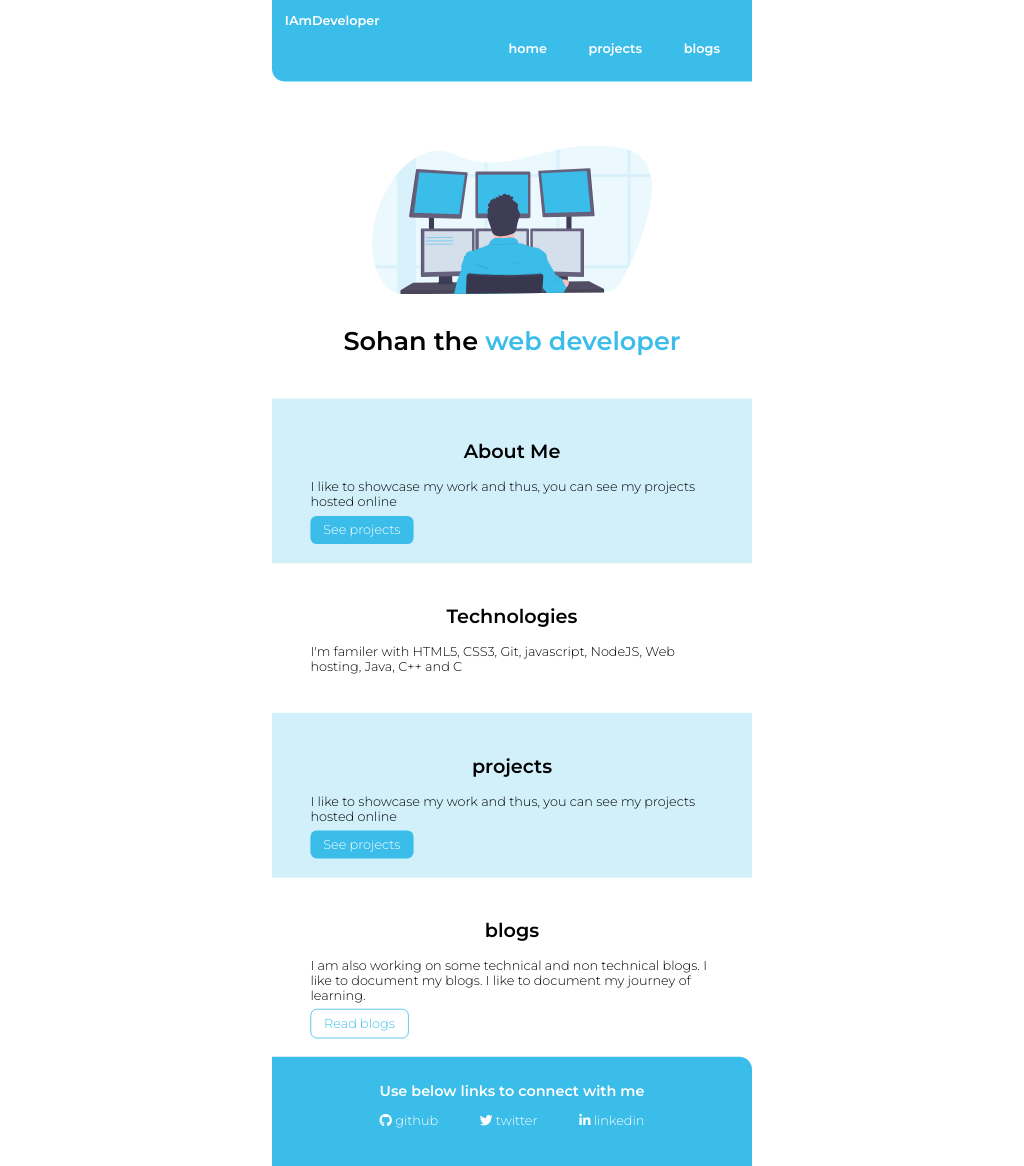
Repository: sohan2503001/Portfolio
Page: index.html
An editor plug-in stored every save of this project. The page is shown before and after a run of saves, followed by the edit.
The browser window is 1280 px wide. The pictures show the whole page, at 80% of full size.

Above is the page before, as saved 2021-04-06 20:19:10.

### index.html
<!DOCTYPE html>
<html lang="en">

<head>
  <meta charset="UTF-8" />
  <meta name="viewport" content="width=device-width, initial-scale=1.0" />
  <title>home | Sohan Jambhule</title>
  <link rel="stylesheet" href="style.css" />
  <link rel="stylesheet" href="https://cdnjs.cloudflare.com/ajax/libs/font-awesome/5.15.1/css/all.min.css">
  <link rel="icon" href="images/favicon.svg" sizes="any" type="image/svg+xml">

</head>

<body>

  <nav class="navigation container">
    <div class="nav-brand">IAmDeveloper</div>
    <ul class="list-non-bullet nav-pills">
      <li class="list-item-inline">
        <a class="link link-active" href="/">home</a>
      </li>
      <li class="list-item-inline">
        <a class="link link-active" href="projects.html">projects</a>
      </li>
      <li class="list-item-inline">
        <a class="link link-active" href="blogs.html">blogs</a>
      </li>
    </ul>
  </nav>

  <header class="hero">
    <img class="hero-img" src="images/hero.svg" alt="" />
    <h1 class="hero-heading">
      Sohan the <span class="heading-inverted"> web developer</span>
    </h1>
  </header>

  <section class="section ow">
    <div class="container container-center">
      <h1>About Me</h1>
      <p>
        I like to showcase my work and thus, you can see my projects hosted
        online
      </p>
      <a class="link link-primary" href="projects.html">See projects</a>
    </div>
  </section>

  <section class="section">
    <div class="container container-center">
      <h1>Technologies</h1>
      <p>
        I'm familer with HTML5, CSS3, Git, javascript, NodeJS, Web hosting,
        Java, C++ and C
      </p>
    </div>
  </section>

  <section class="section ow">
    <div class="container container-center">
      <h1>projects</h1>
      <p>
        I like to showcase my work and thus, you can see my projects hosted
        online
      </p>
      <a class="link link-primary" href="projects.html">See projects</a>
    </div>
  </section>

  <section class="section ">
    <div class="container container-center">
      <h1>blogs</h1>
      <p>
        I am also working on some technical and non technical blogs. I like to
        document my blogs. I like to document my journey of learning.
      </p>
      <a class="link link-secondary" href="blogs.html">Read blogs</a>
    </div>
  </section>

  <footer class="footer">
    <div class="footer-header">Use below links to connect with me</div>
    <ul class="social-links list-non-bullet">
      <li class="list-item-inline">
        <a class="link" href="https://github.com/sohan2503001" target="_blank"><i class="fab fa-github" aria-hidden="true"></i>
          github
        </a>
      </li>
      <li class="list-item-inline">
        <a class="link" href="https://twitter.com/JambhuleSohan" target="_blank"><i class="fab fa-twitter"></i>
          twitter
        </a>
      </li>
      <li class="list-item-inline">
        <a class="link" href="https://www.linkedin.com/in/sohan-jambhule-144528198/" target="_blank"><i class="fab fa-linkedin-in"></i>
          linkedin
        </a>
      </li>

    </ul>
  </footer>

</body>

</html>

### style.css
@import url('https://fonts.googleapis.com/css2?family=Montserrat:wght@300;600&display=swap');

:root{
    --primary-color: #3BBDEA;
    --dark-gray: #4B5563;
    --off-white: #d1f0fa;
}

body {
    font-family: 'Montserrat', sans-serif;
    margin: auto;
    max-width: 600px;
    width: 100%;
}

hr{
    margin: 2rem 0rem;
}

/** container **/
.container{
    padding: 0rem 1rem;
}

.container-center{
    max-width: 600px;
    margin: auto;
}

/** links **/
.link{
    text-decoration: none;
    padding: 0.5rem 1rem;
    /*margin: 1rem 0rem 1rem 0rem;*/
}

.link-primary{
    background-color: var(--primary-color);
    border-radius: 0.5rem;
    color:white;
}

.link-secondary{
    color: var(--primary-color);
    border-radius: 0.5rem;
    border: 1px solid var(--primary-color);
}

/** lists **/

.list-non-bullet{
    list-style: none;
}

.list-item-inline{
    display: inline;
    padding: 0rem 0.5rem;
}

/** navigation **/

.navigation{
    background-color: var(--primary-color);
    color: white;
    padding: 1rem;
    border-bottom-left-radius: 1rem;
}

.navigation .nav-brand{
    font-weight: bold;
}

.navigation .nav-pills{
    text-align: right;
}

.navigation .link{
    color: white;
}

.navigation .link-active{
    font-weight: bold;
}

/**header **/

.hero{
    padding: 2rem;
    padding-top: 5rem;
}

.hero .hero-img{
    max-width: 350px;
    display: block;
    margin: auto;
}

.hero .hero-heading{
    padding-top: 1rem;
    color: var(--dark-red);
    text-align: center;
}

.hero .hero-heading .heading-inverted{
    color: var(--primary-color)
}

/** section **/
.section{
    padding: 2rem;
}

.section h1{
    text-align: center;
}

.ow {
    background-color: var(--off-white);
}

/**footer **/

.footer{
    background-color: var(--primary-color);
    padding: 2rem 1rem;
    text-align: center;
    color: white;
    border-top-right-radius: 1rem;
    position: relative;
}

.footer .link{
    color: white;
}

.footer .footer-header{
    font-weight: bold;
    font-size: large;
}

.footer ul{
    padding-inline-start: 0px;
}

After the next 2 saves:
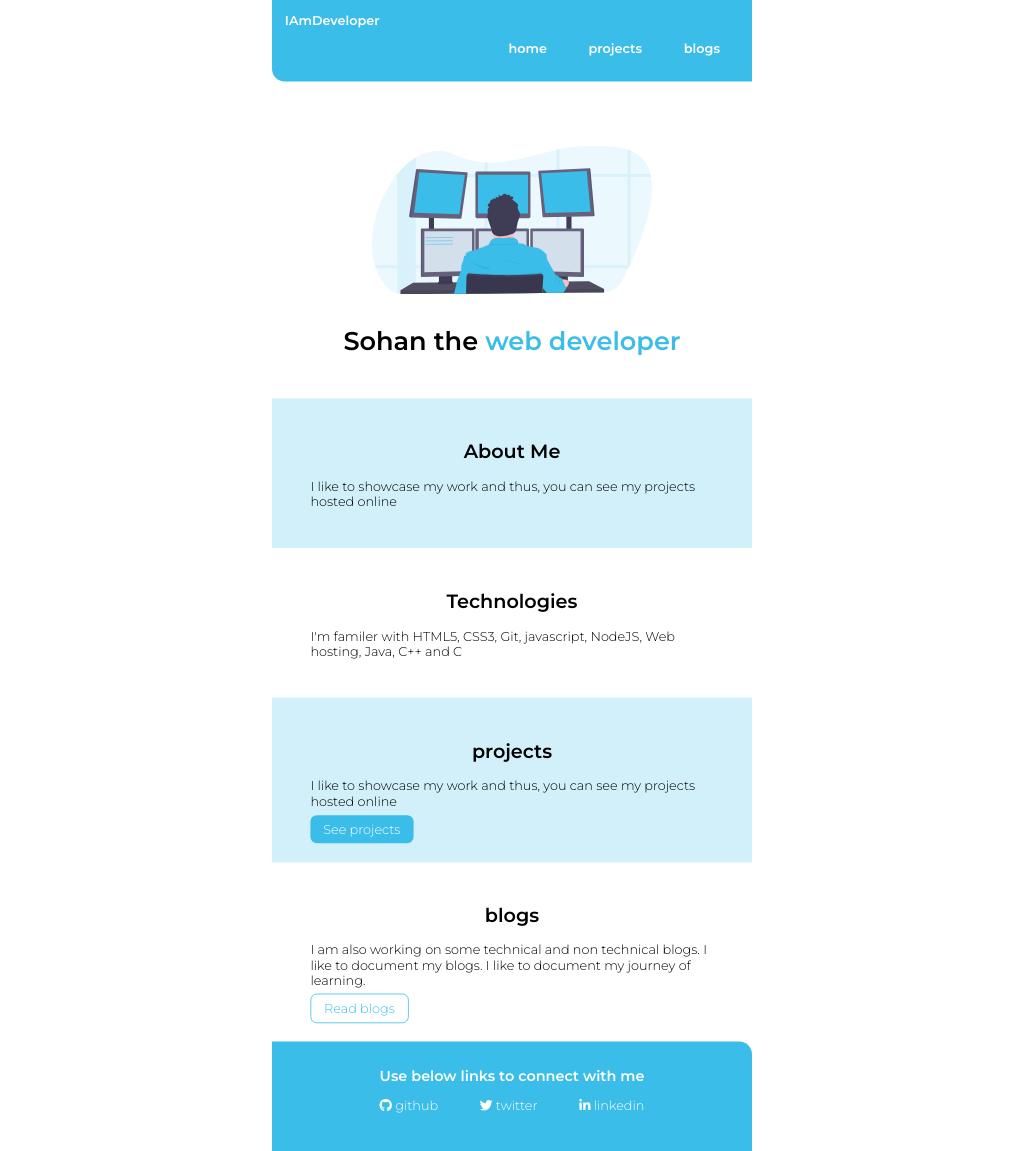
The 2 saves are shown as one change because they came seconds apart.
The last was saved 24 s later.
--- a/index.html
+++ b/index.html
@@ -42,7 +42,6 @@
         I like to showcase my work and thus, you can see my projects hosted
         online
       </p>
-      <a class="link link-primary" href="projects.html">See projects</a>
     </div>
   </section>
 
